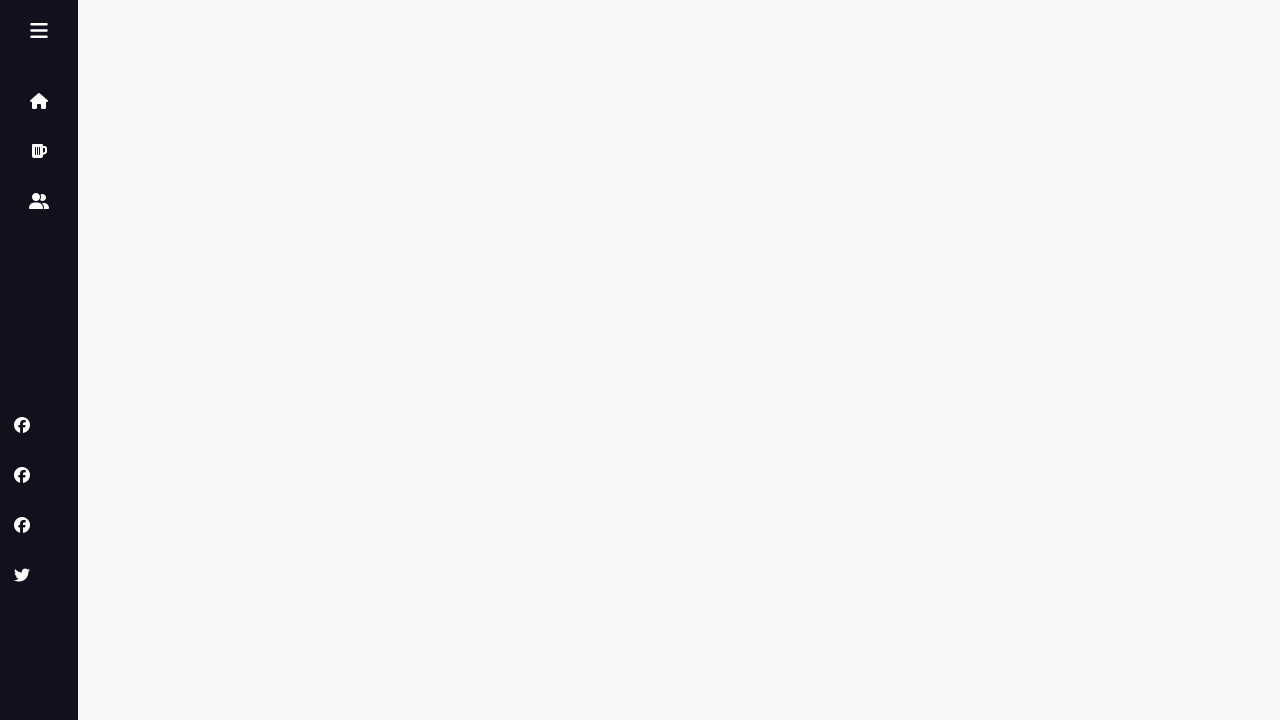
Repository: Nic98/MilkTeaWebsite
Page: mywebsite.html
These files come from the project's save history. The page is drawn as it stood at one moment and after the next save; the edit follows.
The browser window is 1280 px wide. The pictures show the whole page.
Some web libraries are served in a nearby version.

Above is the page before, as saved 2024-05-28 18:04:55.

### mywebsite.html
<!DOCTYPE html>
<html lang="en">
<head>
  <meta charset="UTF-8">
  <meta name="viewport" content="width=device-width, initial-scale=1.0">
  <link rel="stylesheet" href="mywebsite.css">
  <script src="https://kit.fontawesome.com/2dbcf482c2.js" crossorigin="anonymous"></script>
  <!-- <script src="/sidebar.js"></script> -->
  <title>ComeBuyBooze</title>

</head>
<body>

  <!-- sidebar implementation -->
  <div class="sidebar workspace--flexchild1">
    <div class="logo_content">
        <div class="logo">
            <dive class="logo_name"> ComeBuyBooze </dive>
            <i class="fas fa-bars" id="btn"></i>
        </div>
    </div>

    <ul class="nav_list">
        <li>
            <a href="#">
                <i class="fas fa-home"></i>
                <span class="links_name">ComeBack</span>
            </a>
            <span class = "tooltip">ComeBack</span>
        </li>

        <li>
            <a href="#">
              <i class="fa-solid fa-beer-mug-empty"></i>
                <span class="links_name">Boozz</span>
            </a>
            <span class = "tooltip">Boozz</span>
        </li>

        <li>
          <a href="#">
              <i class="fas fa-user-friends"></i>
              <span class="links_name">Contact us</span>
          </a>
          <span class = "tooltip">Contacts us</span>
      </li>
    </ul>

    <ul class="contact_list">
      <li>
        <a href="#">
          <i class="fa-brands fa-facebook"></i>
        </a>
      </li>
      <li>
        <a href="#">
          <i class="fa-brands fa-facebook"></i>
        </a>
      </li>
      <li>
        <a href="#">
          <i class="fa-brands fa-facebook"></i>
        </a>
      </li>
      <li>
        <a href="#">
          <i class="fa-brands fa-twitter"></i>
        </a>
      </li>
    </ul>



</div>














  <script>
    let btn = document.querySelector("#btn");
    let sidebar = document.querySelector(".sidebar");

    btn.onclick = function() {
        sidebar.classList.toggle("active");
    }
  </script>
</body>
</html>

### mywebsite.css
@import url('https://fonts.googleapis.com/css2?family=Poppins:wght@200;300;400;500;600;700&display=swap');

body{
    margin: 0;
    font-family: "Poppins", sans-serif;
}

.flexbox{
    display: flex;
}

.columnflex{
    display: flex;
    flex-direction: column;
    justify-content: center;
}

#btn{
    cursor: pointer;
}

.btn--line{
    border: solid;
    border-width: 1px;
    color: white;
    background: none;
    border-radius: 50px;
    padding: 10px;
    padding-left: 20px;
    padding-right:20px;
    font-size: 18px;
    cursor: pointer;
}

.btn--solid{
    border: solid;
    border-width: 1px;
    border-radius: 50px;
    padding: 10px;
    padding-left: 20px;
    padding-right: 20px;
    font-size: 18px;
    cursor: pointer;
}

.btn--noborder{
    border: none;
    background: none;
}

.font--title{
    font-size: 30px;
}

.font--bold{
    font-weight: bolder;
}

.font--largrsize{
    font-size: 18px;
}

.login--input{
    border: solid 1px gray;
    font-size: 14px;
    padding: 8px;
    padding-left: 14px;
    width: 100%;
    border-radius: 50px;
    margin-top: 20px;
    box-sizing: border-box;
    box-shadow: 1px 1px 1px gray;
}

.btn--solid>*{
    text-decoration: none;
    color: white;
}

.btn--solid>*:hover{
    color: white;
    transition-duration: 0.5s;
}

:root{
  --lightgray: #F7F7F7;
  --darkblue: #032444;
}

*{
  margin:0;
  padding:0;
  box-sizing: border-box;
}

body {
  background-color: #F7F7F7;
  position: relative;
  min-height: 100vh;
  width: 100%;
  overflow:hidden;
}

/* sidebar */

.nav_list {
  padding-inline-start: 0%;
  list-style-type: none;
}

.sidebar {
  height:100%;
  position:absolute;
  top:0;
  left:0;
  width:78px;
  background-color: #11101d;
  padding:6px 14px;
  transition: all 0.5s ease;
}

.sidebar.active{
  width:240px;
}

.sidebar .logo_content .logo {
  color: #fff;
  display: flex;
  height: 50px;
  width: 100%;
  align-items: center;
  transition: all 0.5s ease;

}

.logo_content .logo i {
  font-size: 28px;
  margin-right: 5px;
}

.logo_content .logo .logo_name {
  font-size: 20px;
  font-weight: 400;
}

.sidebar #btn {
  color: #fff;
  position:absolute;
  left: 50%;
  top:6px;
  font-size: 20px;
  height:50px;
  width:50px;
  text-align: center;
  line-height: 50px;
  transform: translateX(-50%);
}

.sidebar.active #btn{
  left: 90%;
}

.sidebar ul {
  margin-top: 20px;

}
.sidebar ul li {
  list-style: none;
  height: 50px;
  width:100%;
  position:relative;
  margin: 0 0px;
  line-height: 50px;
}

.sidebar ul li .tooltip{
  position: absolute;
  left:122px;
  top:10%;
  transform: translate(-50%, -50%);
  text-align: center;
  border-radius: 6px;
  height:35px;
  width:122px;
  background: #fff;
  line-height: 35px;
  box-shadow: 0 5px 10px rgba(0,0,0,0.2);
  transition:0s;
  opacity: 0;
  pointer-events: none;
  z-index: 3000 !important;
}

.sidebar.active ul li .tooltip {
  display:none;
}

.sidebar ul li:hover .tooltip{
  transition: all 0.5s ease;
  opacity: 1;
  top:50%;
  z-index: 3;
}

.sidebar .nav_list li a {
  color: #fff;
  display: flex;
  align-items: center;
  text-decoration: none;
  transition: all 0.4s ease;
  border-radius: 6px;
  height:100%;
  white-space: nowrap;
}

.sidebar .nav_list li a:hover {
  color: #11101d;
  background: #fff;
  padding: 5px;
}

.sidebar .nav_list li i {
  height:50px;
  min-width: 50px;
  border-radius: 12px;
  line-height: 50px;
  text-align: center;
}

.sidebar .links_name{
  opacity: 0;
  pointer-events: none;
  transition: all 0.5s ease;
}

.sidebar.active .links_name {
  opacity: 1;
  pointer-events: auto;
}

.sidebar .logo_name {
  opacity: 0;
  pointer-events: none;
}

.sidebar.active .logo_name {
  opacity: 1;
  pointer-events: auto;
}

/* contact list */

/* .contact_list .links_name{
  opacity: 0;
  pointer-events: none;
  transition: all 0.5s ease;
}

.contact_list.active .links_name {
  opacity: 1;
  pointer-events: auto;
} */

.contact_list {
  padding-top: 250%;
  position: relative;
  top: 30px;
  padding-inline-start: 0%;
  list-style-type: none;
}

/* .contact_list li i {
  height:50px;
  min-width: 50px;
  line-height: 50px;
  border-radius: 12px;
  text-align: center;
} */

.contact_list li a:hover {
  color: #11101d;
  background: #fff;
  /* padding-left:12px; */
}

.contact_list li a {
  /* position: relative; */
  color: #fff;
  /* display:inline-block;
  width: 60px;
  height: 60px;
  text-align: center;
  line-height: 63px;
  border-radius: 50%;
  transition: all 0.4s ease;
  white-space: nowrap; */
}

.sidebar.active .contact_list li i {
  height:50px;
  min-width: 50px;
  border-radius: 12px;
  line-height: 50px;
  text-align: center;
}

.sidebar.active .contact_list li a:hover {
  color: #11101d;
  background: #fff;
}









































/* .home_content {

  position: absolute;
  height: 100%;
  width: calc(100% - 78px);
  left:78px;
  transition: all 0.5s ease;

}

.home_content .text {
  font-size: 25px;
  font-weight: 500;
  color: #1d1b31;
  margin:12px;
}

.sidebar.active ~ .home_content {
  width: calc(100% - 240px);
  left:240px
} */



/* header

.workspaceheader--container{
  width: 100%;
  height: 50px;
  background-color: white;
  justify-content: space-between;
  padding-left: 18px;
  padding-right: 18px;
  box-shadow: 3px 3px 3px lightgray;



}

.searchbar--container{
  height: inherit;
  width: 40%;
  flex-direction: column;
  justify-content:center;
}

.searchbar--container>*{
  margin: 0;
}

.seachbar{
  max-width: 400px;
  padding: 4px;
  padding-left: 18px;
  box-shadow: none;
  border: solid 1px var(--lightgray);
  background: #FBFBFB;
}

.settingbar--container>*+*{
  margin-left: 16px;
}

.profilepic{
  height: 44px;
  width: 44px;
  border: solid 1px lightgray;
  border-radius: 50%;

}

.fa-moon, .fa-cog, .fa-bell{
  font-size: large;
}

.font--headerrole{
  font-size: small;

}

.headerName{
  margin-left: 22px;
}

.headerrole--container{
  flex-direction: row-reverse;
  justify-content: center;
}

.headerrole--container>*{
  margin: 0 !important;
  color: black;
}

.content-container{

  max-height: 100%;
  padding: 20px;

  width: 100%;
  overflow-y: scroll !important;

}

.content-container>*{
  z-index: 0;
} */

After the next save:
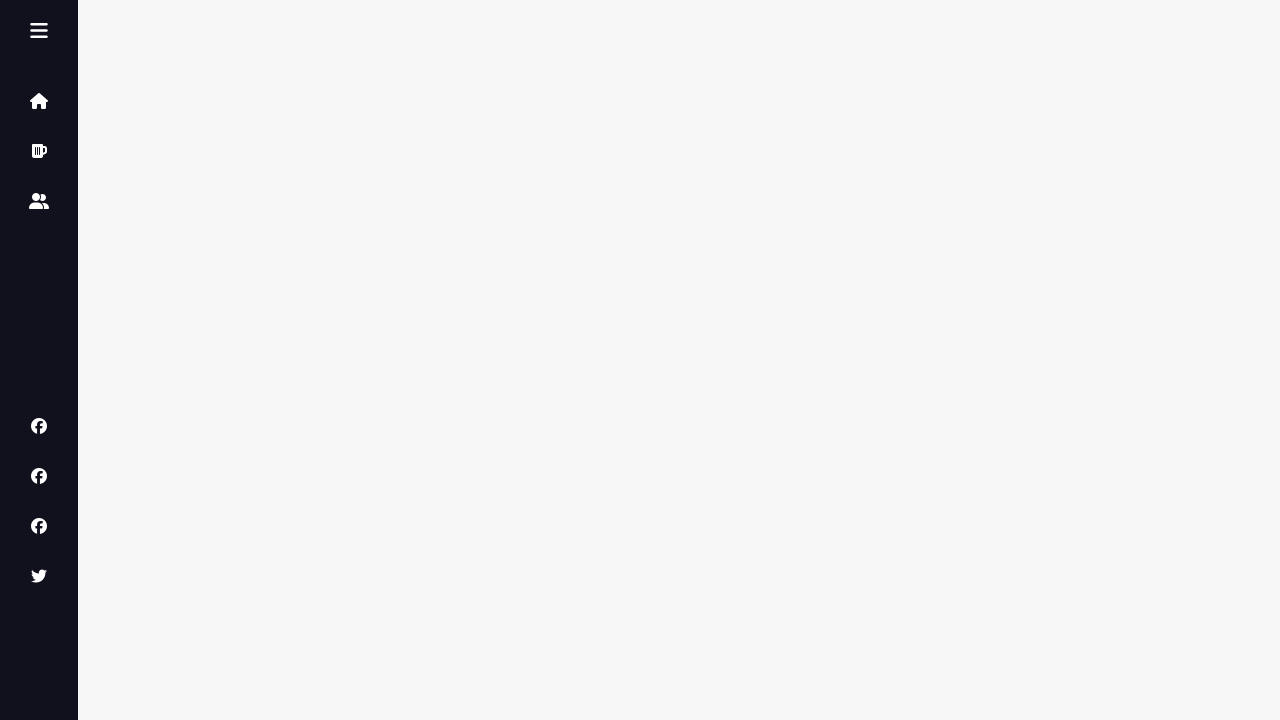
Saved 11 s later.
--- a/mywebsite.css
+++ b/mywebsite.css
@@ -269,13 +269,13 @@ body {
   list-style-type: none;
 }
 
-/* .contact_list li i {
+.contact_list li i {
   height:50px;
   min-width: 50px;
   line-height: 50px;
   border-radius: 12px;
   text-align: center;
-} */
+}
 
 .contact_list li a:hover {
   color: #11101d;
